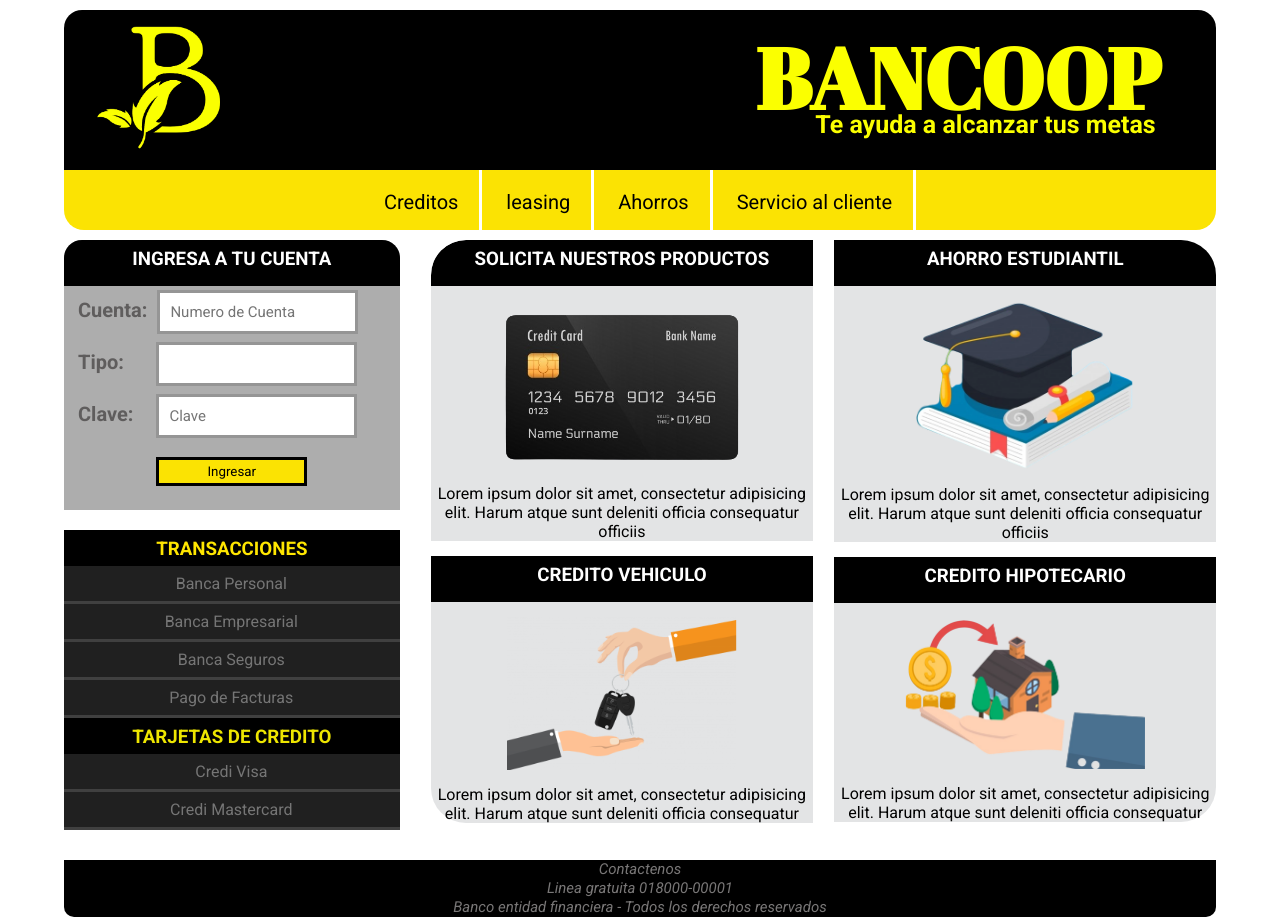
Repository: NickArregoces/BANCOOP
Page: Index.html
An editor plug-in stored every save of this project. The page is shown before and after the next save, followed by the edit.
The browser window is 1280 px wide. The pictures show the whole page.

Above is the page before, as saved 2021-10-15 10:10:10.

After the next save:
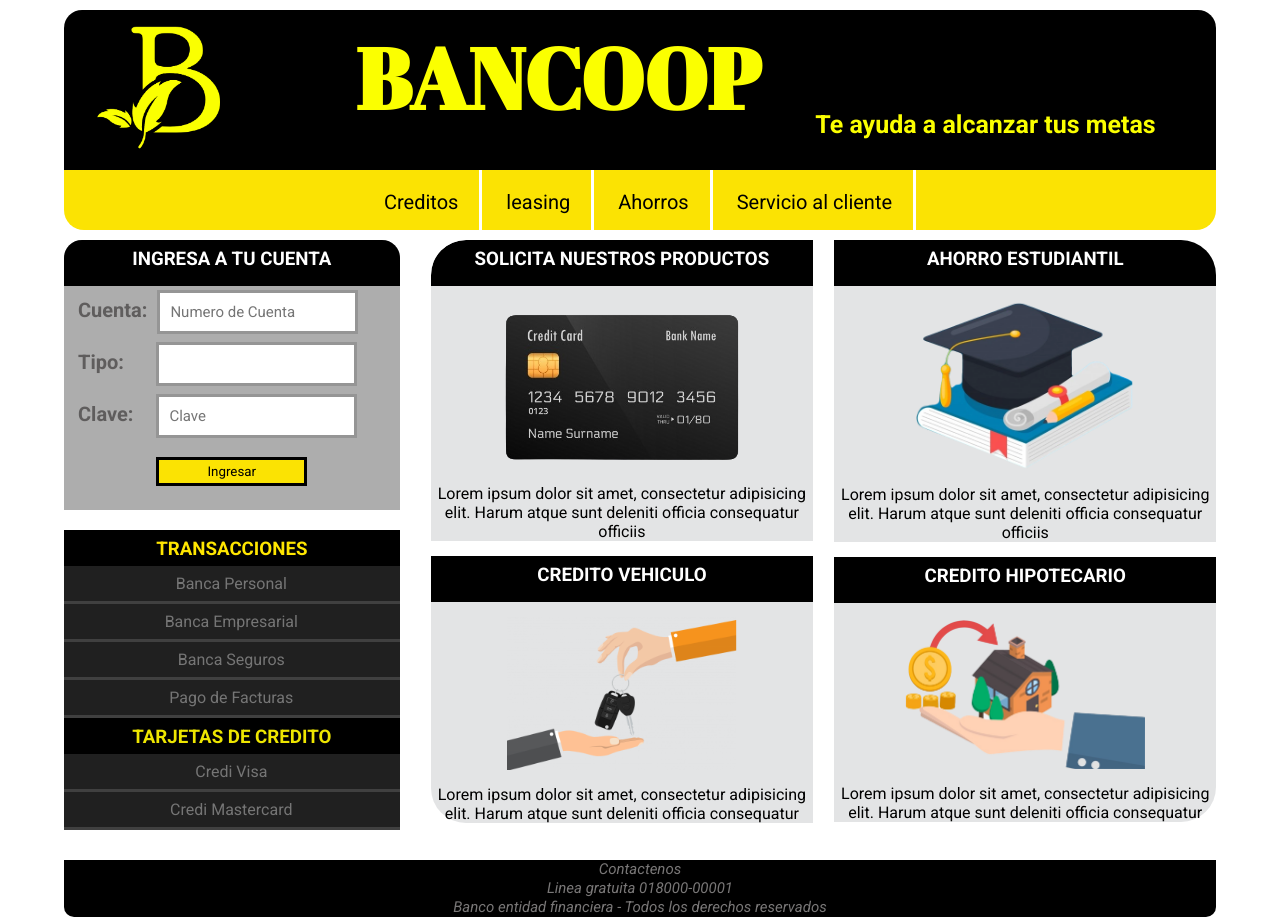
Saved 14 s later.
--- a/CSS/Style.css
+++ b/CSS/Style.css
@@ -32,7 +32,7 @@ header{
     header .title h1{
         width: 400px;
         height: 90px;
-        margin-left: 470px;
+        margin-left: 70px;
         font-family: 'Abril Fatface', cursive;
         font-size: 85px;
         text-align: center;
